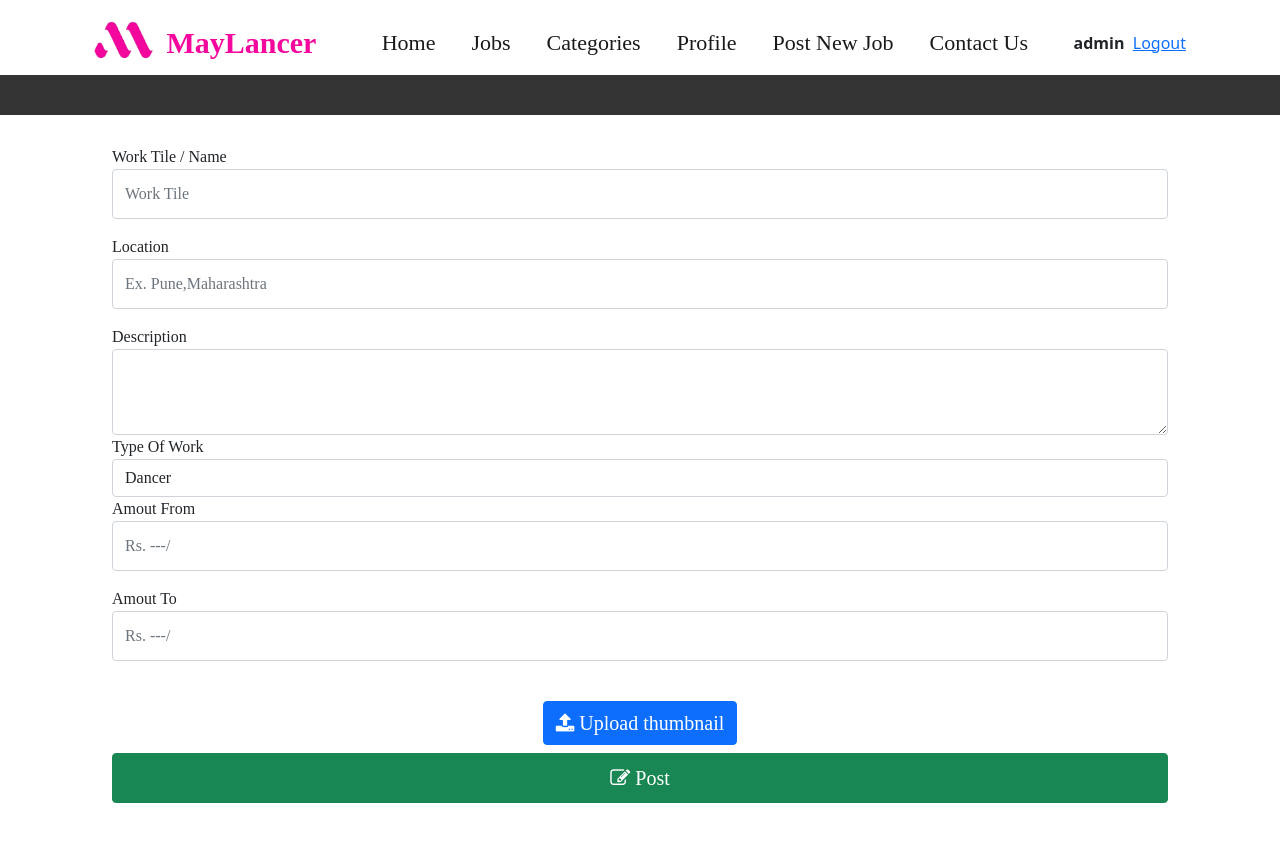
Repository: prathmesh2023/maylancers
Page: http://localhost/post_job
These files come from the project's save history. The page is drawn as it stood at one moment and after the next save; the edit follows.
The browser window is 1280 px wide. The pictures show the whole page.
Some web fonts or font styles are not loaded; a fallback is used. Some web libraries are served in a nearby version. The page is served by the project's application, run on Django 3.2 (manage.py). The first stored user is signed in. The page reads the database file committed with the project.

Above is the page before, as saved 2022-01-28 21:33:45.

After the next save:
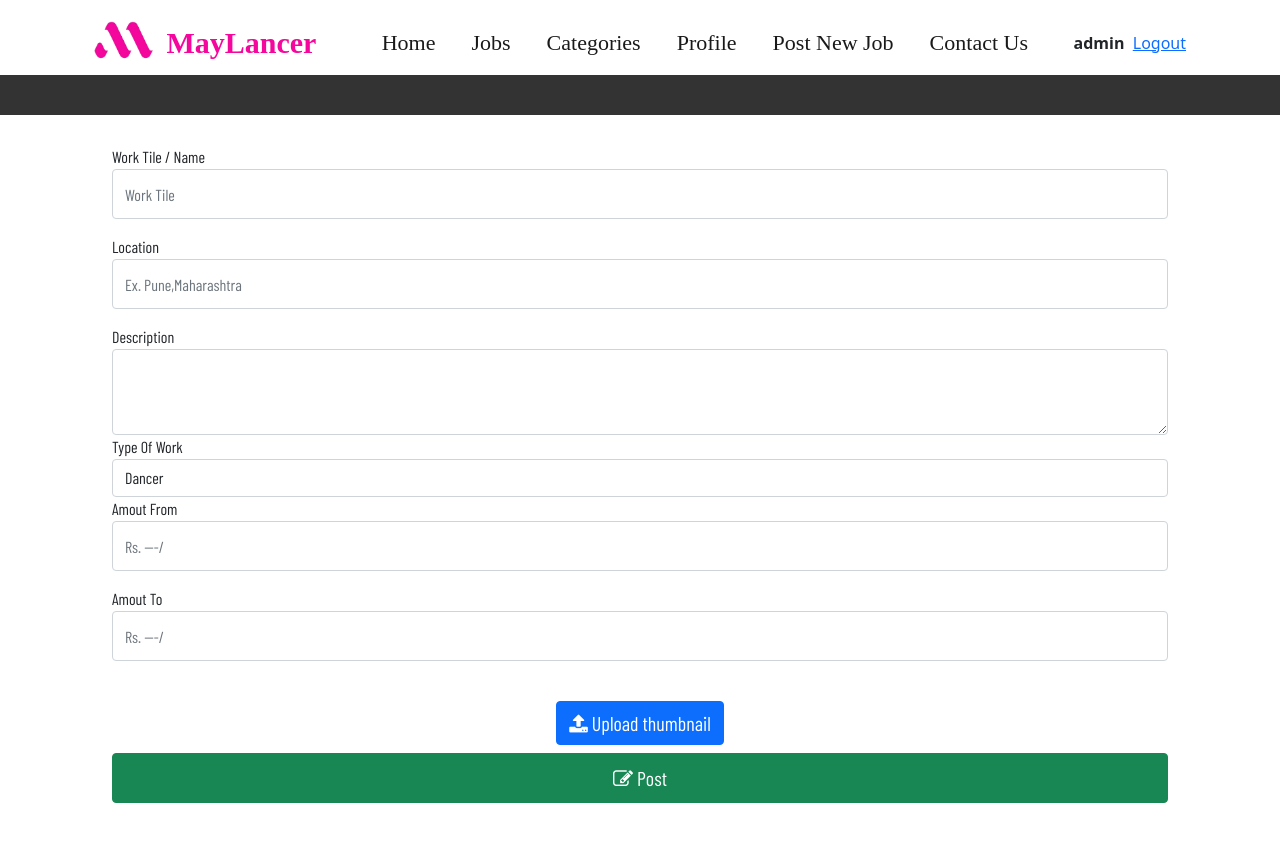
Saved 3 min 2 s later.
--- a/templates/postjob.html
+++ b/templates/postjob.html
@@ -65,7 +65,8 @@
     form {
         background-color: white;
         padding: 10px;
-        font-family: cursive;
+        font-family: Barlow Condensed;
+        ;
         border-radius: 15px;
     }
 
